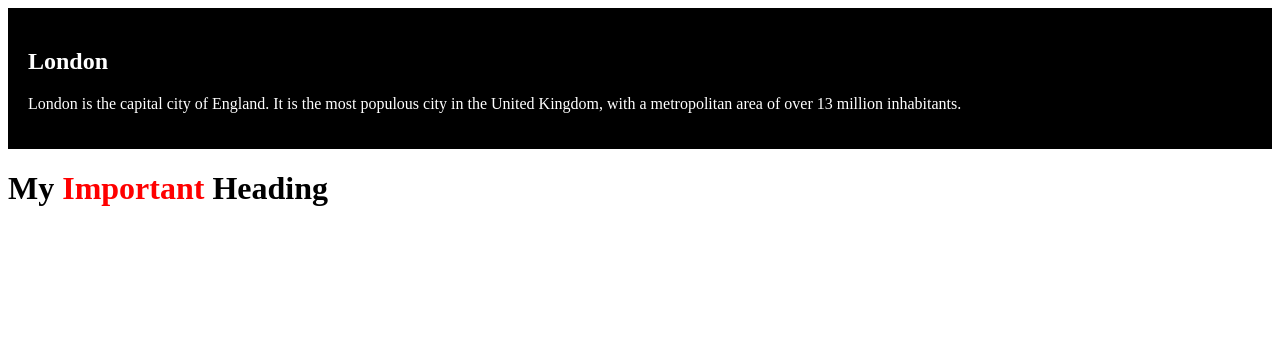
Repository: poomshen/team_03_project2
Page: WebBasic/WebContent/Ex11_Basic_Div_Span.html
The author's editor kept a copy of each file at every save. The page is drawn from the files as they stood at one save, then again after the next save.
The browser window is 1280 px wide. The pictures show the whole page.

Above is the page before, as saved 2016-08-29 00:39:43.

### WebBasic/WebContent/Ex11_Basic_Div_Span.html
<!DOCTYPE html>
<html>
<head>
<meta charset="UTF-8">
<title>Insert title here</title>
</head>
<body>
<div style="background-color:black;color:white;padding:20px;">
  <h2>London</h2>
  <p>London is the capital city of England. It is the most populous city in the United Kingdom, with a metropolitan area of over 13 million inhabitants.</p>
</div>
<h1>My <span style="color:red">Important</span> Heading</h1>

</body>
</html>

After the next save:
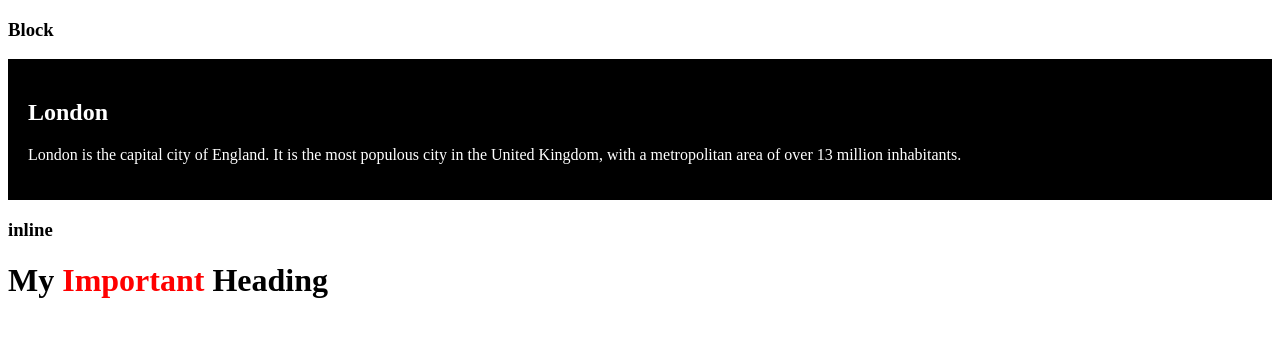
Saved 24 s later.
--- a/WebBasic/WebContent/Ex11_Basic_Div_Span.html
+++ b/WebBasic/WebContent/Ex11_Basic_Div_Span.html
@@ -5,10 +5,13 @@
 <title>Insert title here</title>
 </head>
 <body>
+<h3>Block</h3>
 <div style="background-color:black;color:white;padding:20px;">
   <h2>London</h2>
   <p>London is the capital city of England. It is the most populous city in the United Kingdom, with a metropolitan area of over 13 million inhabitants.</p>
 </div>
+
+<h3>inline</h3>
 <h1>My <span style="color:red">Important</span> Heading</h1>
 
 </body>
